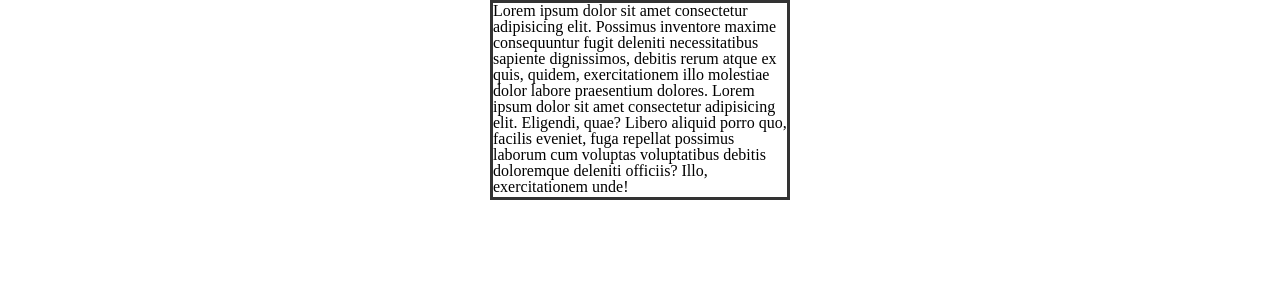
Repository: hoang71299/fe_26
Page: noti/index.html
These files come from the project's save history. The page is drawn as it stood at one moment and after the next save; the edit follows.
The browser window is 1280 px wide. The pictures show the whole page.

Above is the page before, as saved 2023-04-07 13:23:42.

After the next save:
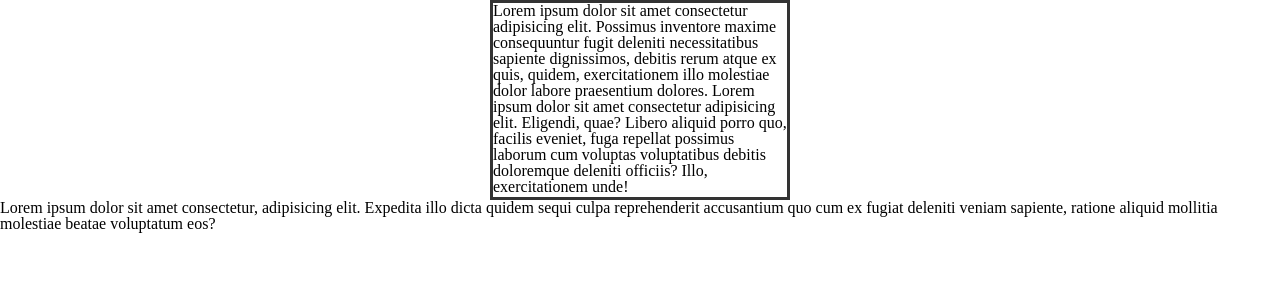
Saved 13 s later.
--- a/noti/index.html
+++ b/noti/index.html
@@ -11,5 +11,6 @@
   <div class="box">
     Lorem ipsum dolor sit amet consectetur adipisicing elit. Possimus inventore maxime consequuntur fugit deleniti necessitatibus sapiente dignissimos, debitis rerum atque ex quis, quidem, exercitationem illo molestiae dolor labore praesentium dolores. Lorem ipsum dolor sit amet consectetur adipisicing elit. Eligendi, quae? Libero aliquid porro quo, facilis eveniet, fuga repellat possimus laborum cum voluptas voluptatibus debitis doloremque deleniti officiis? Illo, exercitationem unde!
   </div>
+  <p>Lorem ipsum dolor sit amet consectetur, adipisicing elit. Expedita illo dicta quidem sequi culpa reprehenderit accusantium quo cum ex fugiat deleniti veniam sapiente, ratione aliquid mollitia molestiae beatae voluptatum eos?</p>
 </body>
 </html>
